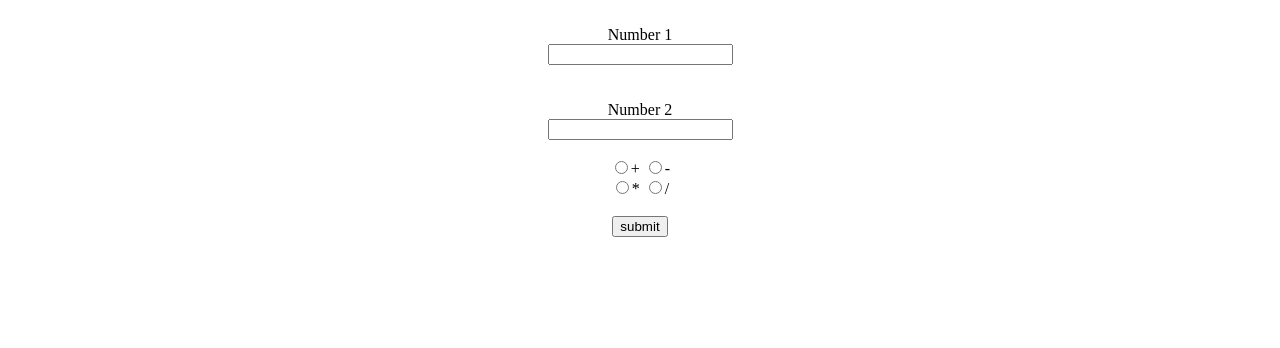
Repository: RoopaAdithya/Hibernate
Page: http://localhost/Saddlepoint/Calculator.jsp
An editor plug-in stored every save of this project. The page is shown before and after the next save, followed by the edit.
The browser window is 1280 px wide. The pictures show the whole page.
The page is served by Tomcat 9. Other server files are loaded and not shown.

Above is the page before, as saved 2018-03-13 06:55:51.

### Saddlepoint/WebContent/Calculator.jsp
<%@ page language="java" contentType="text/html; charset=ISO-8859-1"
    pageEncoding="ISO-8859-1"%>
<!DOCTYPE html PUBLIC "-//W3C//DTD HTML 4.01 Transitional//EN" "http://www.w3.org/TR/html4/loose.dtd">
<html>
<head>
<meta http-equiv="Content-Type" content="text/html; charset=ISO-8859-1">
<title>Insert title here</title>
</head>
<body>
<center>
<form action="" method="get">
<label for="num1"><br>Number 1</br> </label>
<input type="text" name="num1"><br><br>
<label for="num2"><br>Number 2</br> </label>
<input type="text" name="num2"><br><br>

<input type="radio" name="r1" value="Add">+
<input type="radio" name="r1" value="sub">-<br>
<input type="radio" name="r1" value="mul">*
<input type="radio" name="r1" value="div">/<br><br>

<input type="submit" value="submit">
</center>
</form>
</body>
</html>

After the next save:
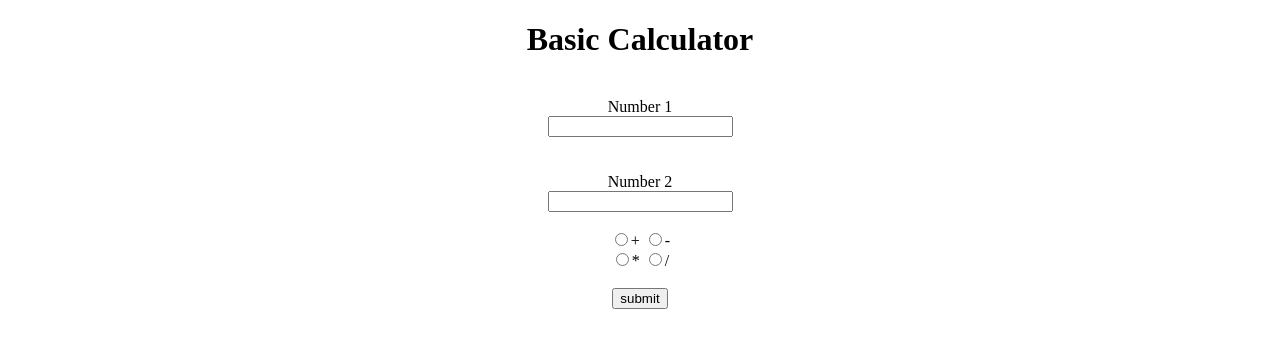
Saved 5 min 4 s later.
--- a/Saddlepoint/WebContent/Calculator.jsp
+++ b/Saddlepoint/WebContent/Calculator.jsp
@@ -4,8 +4,8 @@
 <html>
 <head>
 <meta http-equiv="Content-Type" content="text/html; charset=ISO-8859-1">
-<title>Insert title here</title>
-</head>
+<title>Calculator</title>
+<head><h1><center>Basic Calculator</center></h1></head>
 <body>
 <center>
 <form action="" method="get">
